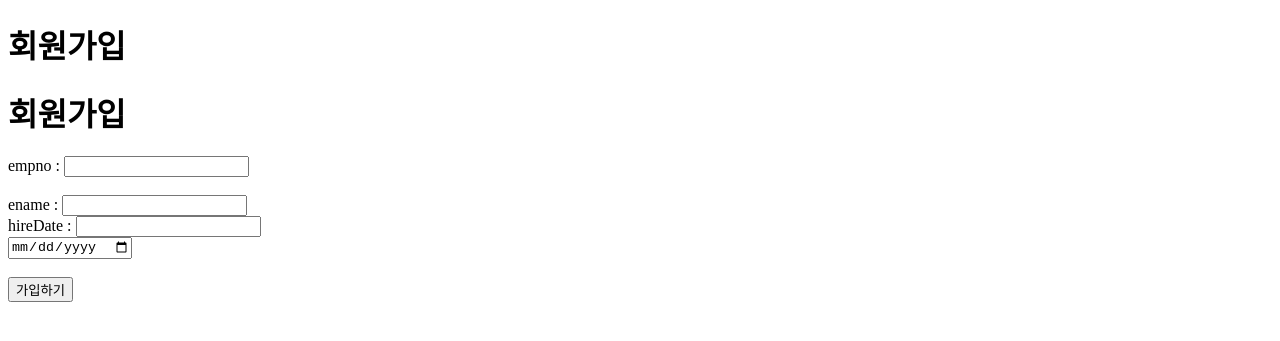
Repository: polikiki/Connor-s-team-projectt
Page: http://localhost/proj6_myBatis/emp0?cmd=join
These files come from the project's save history. The page is drawn as it stood at one moment and after the next save; the edit follows.
The browser window is 1280 px wide. The pictures show the whole page.
The page is served by Tomcat 9. Other server files are loaded and not shown.

Above is the page before, as saved 2024-09-20 01:20:44.

### workspace_java/proj6_myBatis/src/main/webapp/WEB-INF/views/empjoin.jsp
<%@ page language="java" contentType="text/html; charset=UTF-8"
    pageEncoding="UTF-8"%>
 <%@ taglib prefix="c" uri="http://java.sun.com/jsp/jstl/core" %>
<%@ taglib prefix="fmt" uri="http://java.sun.com/jsp/jstl/fmt" %>
<%@ taglib prefix="fn" uri="http://java.sun.com/jsp/jstl/functions" %>


<!DOCTYPE html>
<html>
<head>
<meta charset="UTF-8">
<title>Insert title here</title>
</head>
<body>
<%-- <c:if test="${cmd == "detail"}"> --%>
<!-- <h1>회원상세</h1> -->
<%-- </c:if> --%>

<c:choose>
	<c:when test='${cmd == "detail"}'>
		<h1>회원상세</h1>
	</c:when>
	<c:otherwise>
		<h1>회원가입</h1>
	</c:otherwise>
</c:choose>

<h1>회원가입</h1>

<form method="post" action="emp0">
	empno :
		<c:choose>
		<c:when test='${cmd == "detail"}'>
			${empDTP.empno}
		</c:when>
		<c:otherwise>
			<input type="text" name="empno"><br>
		</c:otherwise>
	</c:choose>
	<br>
	ename :
		<c:choose>
		<c:when test='${cmd == "detail"}'>
			${empDTP.ename}
		</c:when>
		<c:otherwise>
			<input type="text" name="ename"><br>
		</c:otherwise>
</c:choose>
	hireDate :
		<c:choose>
		<c:when test='${cmd == "detail"}'>
			${empDTP.ename}
		</c:when>
		<c:otherwise>
			<input type="text" name="hiredate"><br>
		</c:otherwise>
</c:choose>
	<input type="date" name="hireDate"><br>
	<br>
	<input type="submit" value="가입하기">
</form>
</body>
</html>

### workspace_java/proj6_myBatis/src/main/java/emp/crud/Emp0Servlet.java
package emp.crud;

import java.io.IOException;
import java.sql.Date;
import java.util.List;

import javax.servlet.ServletException;
import javax.servlet.annotation.WebServlet;
import javax.servlet.http.HttpServlet;
import javax.servlet.http.HttpServletRequest;
import javax.servlet.http.HttpServletResponse;

@WebServlet("/emp0")
public class Emp0Servlet extends HttpServlet {
	private static final long serialVersionUID = 1L;

	private boolean _DEBUG = true;

	protected void doGet(HttpServletRequest request, HttpServletResponse response) throws ServletException, IOException {

		String cmd = request.getParameter("cmd");
		EmpDAO empDAO = new EmpDAO();

		if(cmd == null) {

		List<EmpDTO> emplist = empDAO.selectEmp();

		request.setAttribute("emplist", emplist);

		request.getRequestDispatcher("/WEB-INF/views/emp.jsp").forward(request, response);
		}else if("join".equals(cmd)){

			request.getRequestDispatcher("/WEB-INF/views/empjoin.jsp").forward(request, response);
		}else if("edit".equals(cmd)) {

			// pk인 empno 확보
			String strEmpno = request.getParameter("empno");

			try {
				int empno = Integer.parseInt(strEmpno);

				// 특정 회원 정보 조회
				EmpDTO empDTO = empDAO.selectOneEmp(empno);
				// 정보를 request에 담아서
				request.setAttribute("empDTO", empDTO);
				request.setAttribute("cmd", "edit");
				// 상세 정보 페이지로 이동
				request.getRequestDispatcher("/WEB-INF/views/empjoin.jsp").forward(request, response);

			}catch (Exception e) {
				e.printStackTrace();
			}

		}

	}


	protected void doPost(HttpServletRequest request, HttpServletResponse response) throws ServletException, IOException {

		request.setCharacterEncoding("utf-8");
		response.setContentType("text/html; charset=utf-8;");

		String strEmpno = request.getParameter("empno");
		String ename = request.getParameter("ename");
		String strHireDate = request.getParameter("hireDate"); // 2024-09-19


		try {
			int empno = Integer.parseInt(strEmpno);

			EmpDTO empDTO = new EmpDTO();
			empDTO.setEmpno(empno);


			// delete 실행

			EmpDAO empDAO = new EmpDAO();
			int result = empDAO.DeleteEmp(empDTO);
			System.out.println("삭제 결과 :"+ result);

		}catch (Exception e) {
			if(_DEBUG) {
				e.printStackTrace();
			}
		}

		try {
			int empno = Integer.parseInt(strEmpno);
			Date hireDate = Date.valueOf(strHireDate);

			EmpDTO empDTO = new EmpDTO();
			empDTO.setEmpno(empno);
			empDTO.setEname(ename);
			empDTO.setHireDate(hireDate);

			// insert 실행

			EmpDAO empDAO = new EmpDAO();
			int result = empDAO.insertEmp(empDTO);
			System.out.println("회원 가입 결과 :"+ result);

		}catch (Exception e) {
			if(_DEBUG) {
				e.printStackTrace();
			}
		}
		response.sendRedirect("emp0");
	}


	protected void doDelete(HttpServletRequest request, HttpServletResponse response) throws ServletException, IOException {

	}

	protected void doPut(HttpServletRequest request, HttpServletResponse response) throws ServletException, IOException {



	}

}

### workspace_java/proj6_myBatis/src/main/java/emp/crud/EmpDAO.java
package emp.crud;

import java.io.Reader;
import java.util.List;
import java.util.Map;

import org.apache.ibatis.io.Resources;
import org.apache.ibatis.session.SqlSession;
import org.apache.ibatis.session.SqlSessionFactory;
import org.apache.ibatis.session.SqlSessionFactoryBuilder;

import emp.crud.EmpDTO;

public class EmpDAO {

	private  SqlSessionFactory sqlMapper = null;

    public  SqlSessionFactory getInstance() {
        if(sqlMapper == null) {
        	// DB 접속
        	// 자동 커밋 : sqlMapper.openSession()
        	// 수동 커밋 : sqlMapper.openSession(false)
            try {
                String res = "mybatis/SqlMapConfig.xml";
                Reader reader = Resources.getResourceAsReader(res);

                SqlSessionFactoryBuilder ssfb = new SqlSessionFactoryBuilder();
                sqlMapper = ssfb.build(reader);

                reader.close();
            }catch (Exception e) {
                e.printStackTrace();
            }
        }

        return sqlMapper;
    }

    public List<EmpDTO> selectEmp() {
    	List<EmpDTO> empList = null;

    	// SqlMapConfig.xml을 읽어옴
    	sqlMapper = getInstance();
    	if(sqlMapper != null) {

    		// DB 접속
        	SqlSession sqlSession = sqlMapper.openSession(true);

        	empList = sqlSession.selectList("mapper.emp.selectAllEmp");
        	System.out.println("empList.size :" + empList.size());
    	} else {
    		System.out.println("DB 접속 실패");
    	}

    	return empList;
    }



    public int insertEmp(EmpDTO empDTO) {
    	int result = -1;

    	// SqlMapConfig.xml을 읽어옴
    	sqlMapper = getInstance();
    	if(sqlMapper != null) {

    		// DB 접속
    		// 자동 커밋 : sqlMapper.openSession()
    		// 수동 커밋 : sqlMapper.openSession(false)
        	SqlSession sqlSession = sqlMapper.openSession(true);

        	try {
        		System.out.println(empDTO);
        		result = sqlSession.update("mapper.emp.param.insertEmp", empDTO);
        	}catch (Exception e) {
        		e.printStackTrace();
			}
    	} else {
    		System.out.println("DB 접속 실패");
    	}

    	return result;
    }

    public int DeleteEmp(EmpDTO empDTO) {
    	int result = -1;

    	// SqlMapConfig.xml을 읽어옴
    	sqlMapper = getInstance();
    	if(sqlMapper != null) {

    		// DB 접속
        	SqlSession sqlSession = sqlMapper.openSession(true);

        	try {
        		System.out.println(empDTO);
        		result = sqlSession.delete("mapper.emp.param.deleteEmp", empDTO);
        	}catch (Exception e) {
        		e.printStackTrace();
			}
    	} else {
    		System.out.println("DB 접속 실패");
    	}

    	return result;
    }

    public EmpDTO selectOneEmp(int empno) {
    	EmpDTO empDTO = null;

    	// SqlMapConfig.xml을 읽어옴
    	sqlMapper = getInstance();
    	if(sqlMapper != null) {

    		// DB 접속
        	SqlSession sqlSession = sqlMapper.openSession();

        	try {
        		empDTO = sqlSession.selectOne("mapper.emp.param.selectOneEmp");
        	}catch (Exception e) {
        		e.printStackTrace();
			}
    	} else {
    		System.out.println("DB 접속 실패");
    	}

    	return empDTO;
    }

}

After the next save:
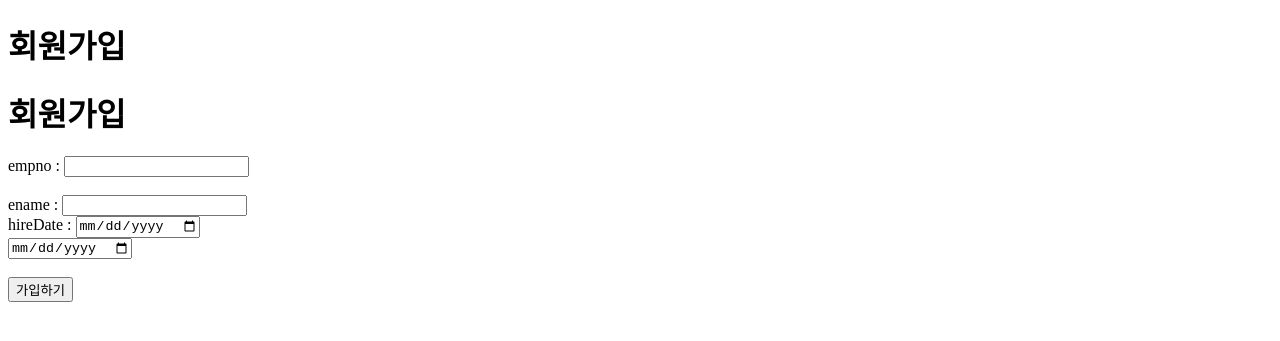
Saved 9 s later.
--- a/workspace_java/proj6_myBatis/src/main/webapp/WEB-INF/views/empjoin.jsp
+++ b/workspace_java/proj6_myBatis/src/main/webapp/WEB-INF/views/empjoin.jsp
@@ -53,7 +53,7 @@
 			${empDTP.ename}
 		</c:when>
 		<c:otherwise>
-			<input type="text" name="hiredate"><br>
+			<input type="date" name="hiredate"><br>
 		</c:otherwise>
 </c:choose>
 	<input type="date" name="hireDate"><br>
